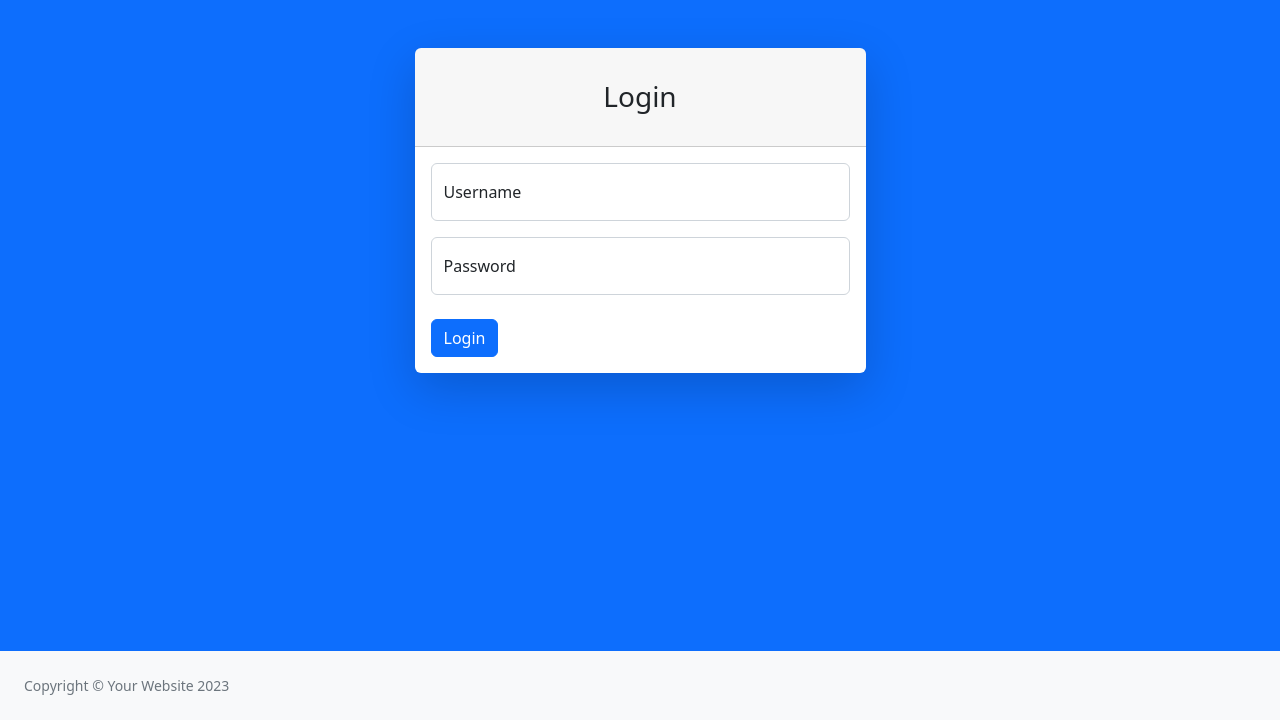
Repository: iqmalr/employee-management-system
Page: http://localhost/admin/login
These files come from the project's save history. The page is drawn as it stood at one moment and after the next save; the edit follows.
The browser window is 1280 px wide. The pictures show the whole page.
Some web libraries are served in a nearby version. The page is served by the project's Laravel application, run on PHP 8.4 with Laravel 10.

Above is the page before, as saved 2024-02-16 09:38:54.

After the next save:
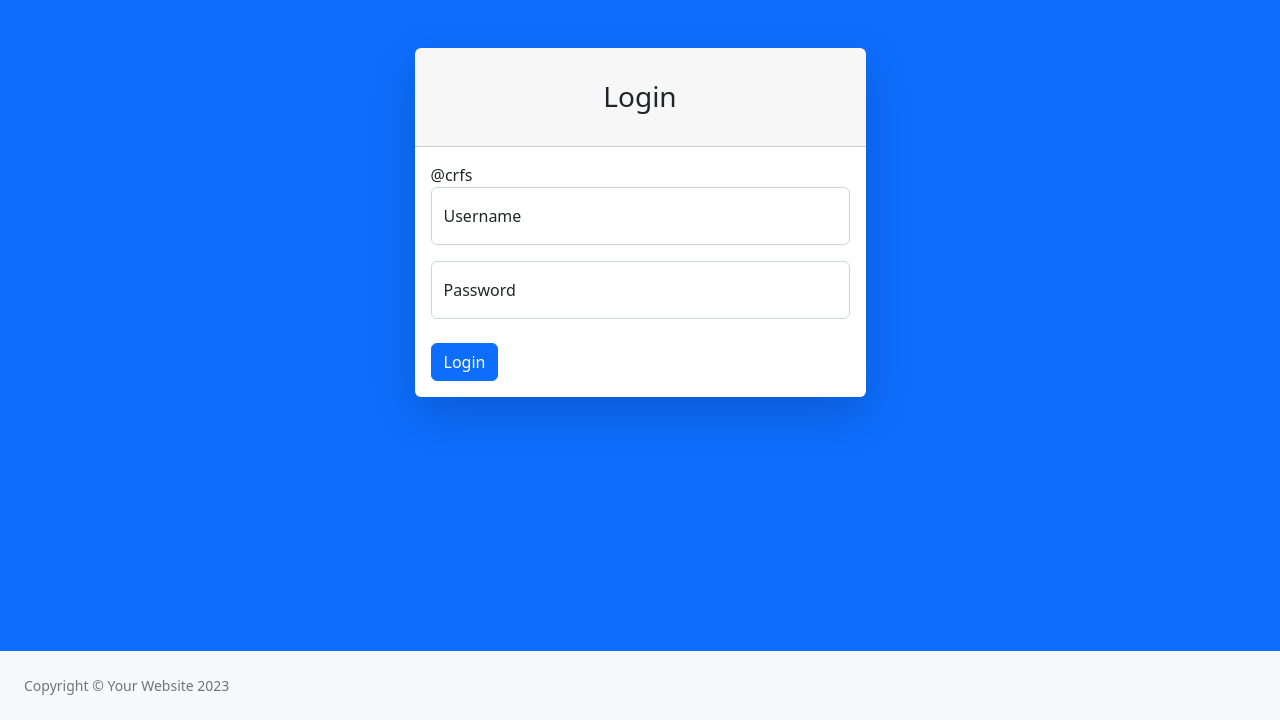
Saved 16 s later.
--- a/resources/views/login.blade.php
+++ b/resources/views/login.blade.php
@@ -22,6 +22,7 @@
                                     <div class="card-header"><h3 class="text-center font-weight-light my-4">Login</h3></div>
                                     <div class="card-body">
                                         <form method="POST" action="{{url('login')}}">
+                                            @crfs
                                             <div class="form-floating mb-3">
                                                 <input name="username" class="form-control" id="inputUsername" type="username" placeholder="Username" />
                                                 <label for="inputUsername">Username</label>

After the save that followed:
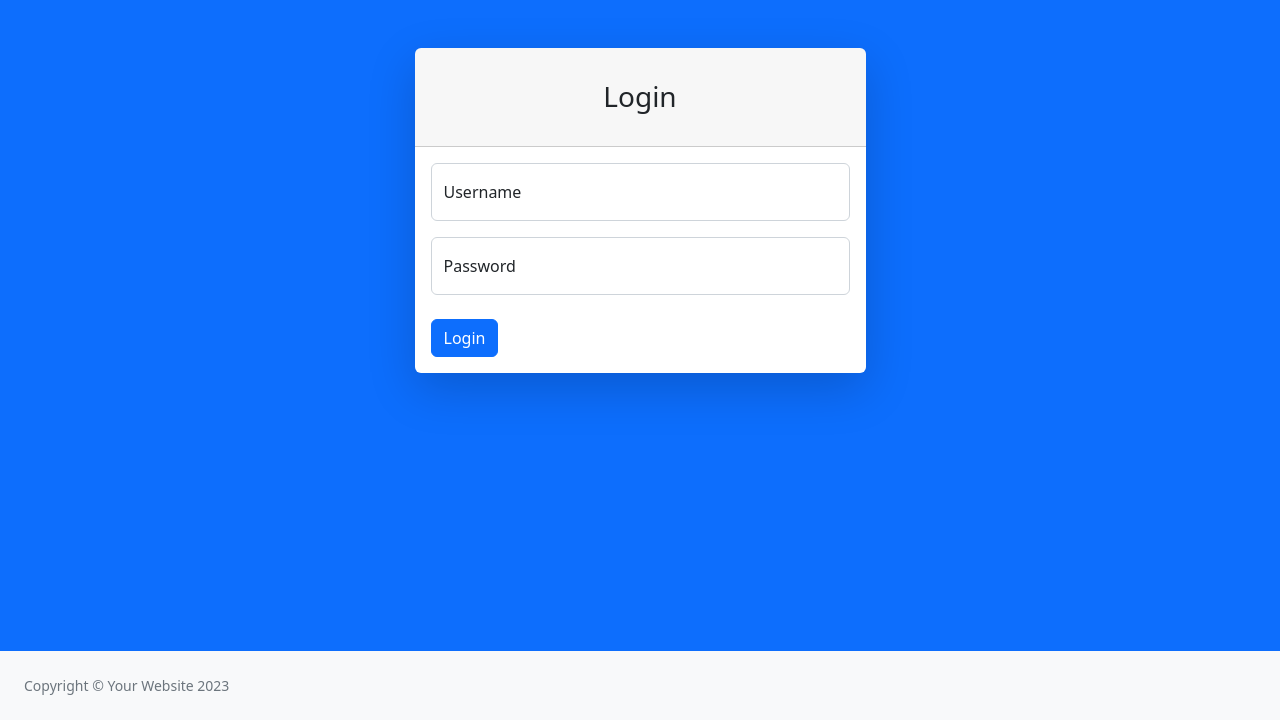
Saved 17 s later.
--- a/resources/views/login.blade.php
+++ b/resources/views/login.blade.php
@@ -22,7 +22,7 @@
                                     <div class="card-header"><h3 class="text-center font-weight-light my-4">Login</h3></div>
                                     <div class="card-body">
                                         <form method="POST" action="{{url('login')}}">
-                                            @crfs
+                                            @csrf
                                             <div class="form-floating mb-3">
                                                 <input name="username" class="form-control" id="inputUsername" type="username" placeholder="Username" />
                                                 <label for="inputUsername">Username</label>
